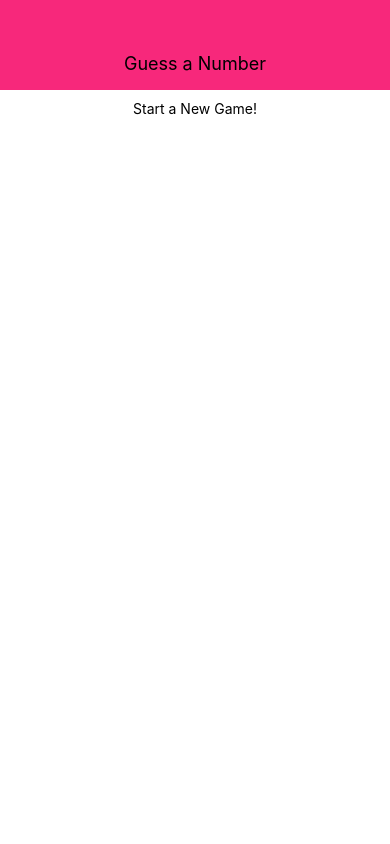
Repository: ChidiChuks/rn-second-project
Screen: / (app in second-project/)
An editor plug-in stored every save of this project. The screen is shown before and after the next save, followed by the edit.
The app was drawn by React Native's web renderer in a window 390 px wide. The project was rebuilt for these pictures with package versions that can differ from the ones it lists, and the page was loaded fresh each time.

Above is the screen before, as saved 2019-10-23 13:03:03.

After the next save:
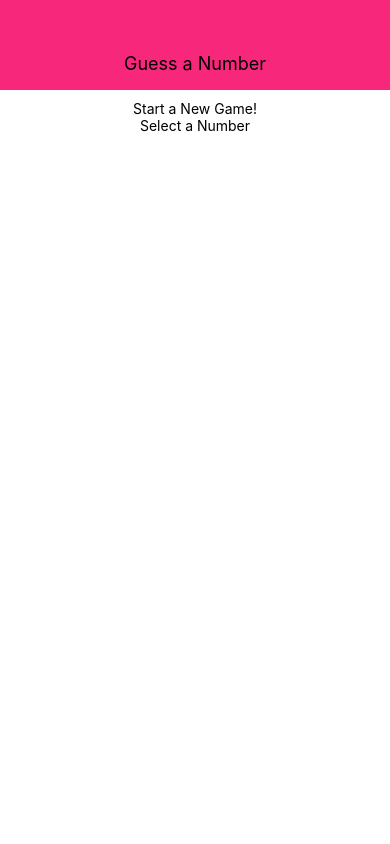
Saved 36 s later.
--- a/second-project/screens/StartGameScreen.js
+++ b/second-project/screens/StartGameScreen.js
@@ -6,7 +6,7 @@ const StartGameScreen = props => {
     <View style={styles.screen}>
       <Text>Start a New Game!</Text>
       <View>
-
+        <Text>Select a Number</Text>
       </View>
     </View>
   );
